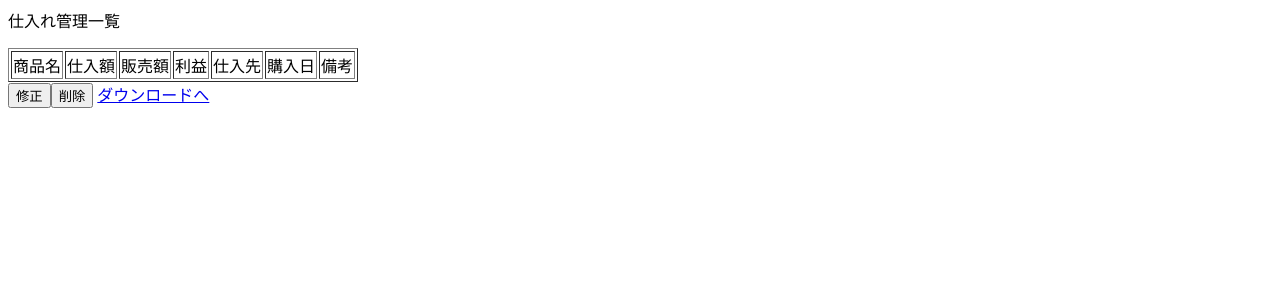
Repository: hayashikazuki/quroud9
Page: http://localhost/hurugi_keisan/product/hurugi_list.php
The author's editor kept a record of every edit. The page is drawn from the files as they stood at one moment, then again after the next edit.
The browser window is 1280 px wide. The pictures show the whole page.
The page is run by PHP 8.4 with error messages shown; the project is at /var/www/html/. Queries for data that is not in the repository find no rows.

Above is the page before.

### hurugi_keisan/product/hurugi_list.php
<!DOCTTYPE>
<html lang="ja">
    <head>
        <meta charaset="UTF-8">
        <title>古着管理アプリ</title>
    </head>
    <body>
    <?php

    try
    {
    $dsn='mysql:dbname=hurugi_keisan;host=localhost;charset=utf8';
    $user='root';
    $password='';
    $dbh = new PDO($dsn,$user,$password);
    $dbh->setAttribute(PDO::ATTR_ERRMODE,PDO::ERRMODE_EXCEPTION);

    $sql = 'SELECT code,name,stocking,sale,shop,date,remarks FROM hurugi_product WHERE 1';
    $stmt = $dbh->prepare($sql);
    $stmt->execute();

    $dbh = null;

    print '<p>仕入れ管理一覧</p>';
    print '<table border="1">';
    print '<tr>';
    print '<td>商品名</td>';
    print '<td>仕入額</td>';
    print '<td>販売額</td>';
    print '<td>利益</td>';
    print '<td>仕入先</td>';
    print '<td>購入日</td>';
    print '<td>備考</td>';
    print '</tr>';


    print '<form method="post" action="hurugi_branch.php">';

    while(true)
    {

        $rec = $stmt->fetch(PDO::FETCH_ASSOC);
        if($rec==false)
        {
            break;
        }
        print '<tr>';
        print '<td>';
        print'<input type="radio" name="hurugicode" value="'.$rec['code'].'">';
        print $rec['name'];
        print '</td>';
        print '<td>';
        print $rec['stocking'];
        print '</td>';
        print '<td>';
        print $rec['sale'];
        print '</td>';
        print '<td>';
        print $rec['sale']-$rec['stocking'];
        print '</td>';
        print '<td>';
        print $rec['shop'];
        print '</td>';
        print '<td>';
        print $rec['date'];
        print '</td>';
        print '<td>';
        print $rec['remarks'];
        print '</td>';
        print '<br />';
        print '</tr>';
    }



    print '</table>';

    print'<input type="submit" value="修正" name="edit">';
    print'<input type="submit" value="削除" name="delete">';
    print '</form>';


    }
    catch(Exception $e)
    {
        print 'ただいま障害により大変ご迷惑をお掛けしております。';
        exit();
    }
    ?>

    <a href="hurugi_download.php">ダウンロードへ</a>

    <!--<p>仕入れ管理一覧</p>-->
    <!--<table border="1">-->
    <!--    <tr>-->
    <!--        <td>商品名</td>-->
    <!--        <td>仕入額</td>-->
    <!--        <td>販売額</td>-->
    <!--        <td>利益</td>-->
    <!--        <td>仕入先</td>-->
    <!--        <td>購入日</td>-->
    <!--        <td>備考</td>-->
    <!--    </tr>-->
    <!--</table>-->
    </body>
</html>

After the next edit:
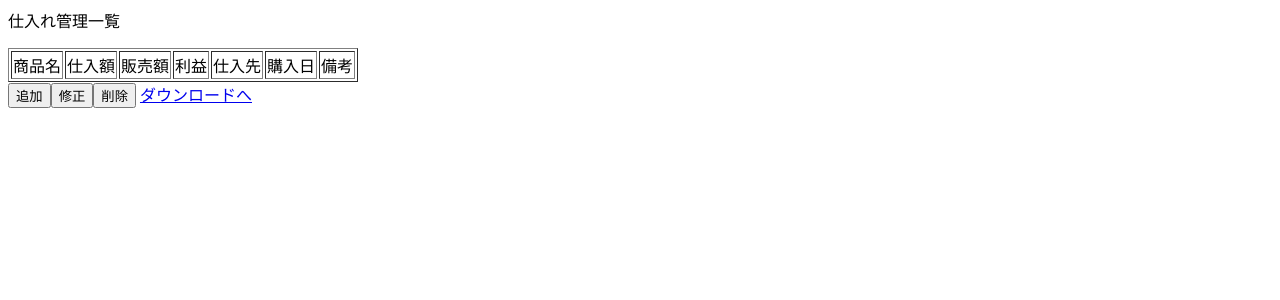
The edit:
--- a/hurugi_keisan/product/hurugi_list.php
+++ b/hurugi_keisan/product/hurugi_list.php
@@ -74,7 +74,7 @@
 
 
     print '</table>';
-
+    print'<input type="submit" value="追加" name="add">';
     print'<input type="submit" value="修正" name="edit">';
     print'<input type="submit" value="削除" name="delete">';
     print '</form>';
